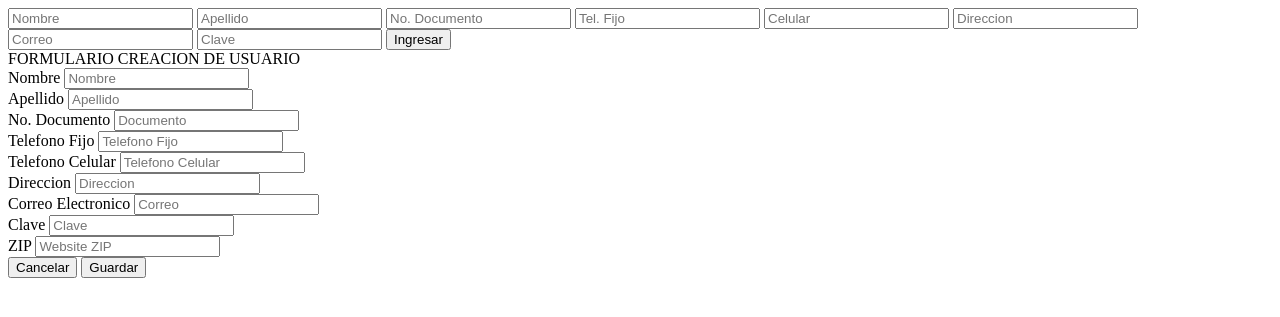
Repository: DA5CH25/kohaku_php
Page: http://localhost/kohaku_php/views/modules/ingresar.php
The author's editor kept a copy of each file at every save. The page is drawn from the files as they stood at one save, then again after the next save.
The browser window is 1280 px wide. The pictures show the whole page.
The page is run by PHP 8.4 with error messages shown; the project is at /var/www/html/.

Above is the page before, as saved 2021-05-16 19:42:04.

### views/modules/ingresar.php
<!DOCTYPE html>
<html lang="en">
<head>
	<meta charset="UTF-8" />
	<title>Roles</title>
</head>
<body>



		<input name="nombre" placeholder="Nombre" />
		<input name="apellido" placeholder="Apellido" />
		<input name="numero_identificacion" placeholder="No. Documento" />
		<input name="telefono_fijo" placeholder="Tel. Fijo" />
		<input name="telefono_movil" placeholder="Celular" />
		<input name="direccion" placeholder="Direccion" />
		<input name="correo_electronico" placeholder="Correo" />
		<input name="clave" placeholder="Clave" />
		<input type="submit" value="Ingresar" />

	<div class="col-xl-9 col-lg-9 col-md-12 col-sm-12 col-12">
							<div class="card h-100">
								<div class="card-header">
									<div class="card-title">FORMULARIO CREACION DE USUARIO</div>
								</div>
								<div class="card-body">
									<div class="row gutters">
										<div class="col-xl-6 col-lg-6 col-md-6 col-sm-6 col-12">
											<form action="" method="POST">
											<div class="form-group">
												<label for="fullName">Nombre</label>
												<input type="text" class="form-control" id="fullName" placeholder="Nombre">
											</div>
											<div class="form-group">
												<label for="fullName">Apellido</label>
												<input type="text" class="form-control" id="fullName" placeholder="Apellido">
											</div>
											<div class="form-group">
												<label for="eMail">No. Documento</label>
												<input type="email" class="form-control" id="eMail" placeholder="Documento">
											</div>
											<div class="form-group">
												<label for="phone">Telefono Fijo</label>
												<input type="text" class="form-control" id="phone" placeholder="Telefono Fijo">
											</div>
											<div class="form-group">
												<label for="website">Telefono Celular</label>
												<input type="url" class="form-control" id="website" placeholder="Telefono Celular">
											</div>
										</div>
										<div class="col-xl-6 col-lg-6 col-md-6 col-sm-6 col-12">
											<div class="form-group">
												<label for="addRess">Direccion</label>
												<input type="text" class="form-control" id="addRess" placeholder="Direccion">
											</div>
											<div class="form-group">
												<label for="ciTy">Correo Electronico</label>
												<input type="name" class="form-control" id="ciTy" placeholder="Correo">
											</div>
											<div class="form-group">
												<label for="sTate">Clave</label>
												<input type="text" class="form-control" id="sTate" placeholder="Clave">
											</div>
											<div class="form-group">
												<label for="zIp">ZIP</label>
												<input type="number" class="form-control" id="zIp" placeholder="Website ZIP">
											</div>
										</div>
										<div class="col-xl-12 col-lg-12 col-md-12 col-sm-12 col-12">
											<div class="text-right">
												<button type="button" id="submit" name="submit" class="btn btn-white">Cancelar</button>
												<button type="button" id="submit" name="submit" class="btn btn-primary">Guardar</button>
											</div>
										</div>
										</form>
									</div>
								</div>
							</div>
						</div>
					</div>
					<!-- Row end -->
</body>
</html>

After the next save:
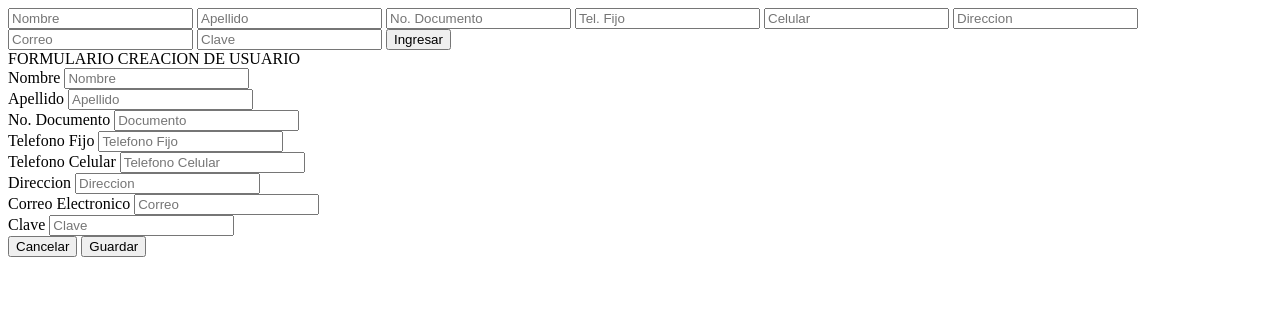
Saved 32 s later.
--- a/views/modules/ingresar.php
+++ b/views/modules/ingresar.php
@@ -61,11 +61,7 @@
 												<label for="sTate">Clave</label>
 												<input type="text" class="form-control" id="sTate" placeholder="Clave">
 											</div>
-											<div class="form-group">
-												<label for="zIp">ZIP</label>
-												<input type="number" class="form-control" id="zIp" placeholder="Website ZIP">
 											</div>
-										</div>
 										<div class="col-xl-12 col-lg-12 col-md-12 col-sm-12 col-12">
 											<div class="text-right">
 												<button type="button" id="submit" name="submit" class="btn btn-white">Cancelar</button>
